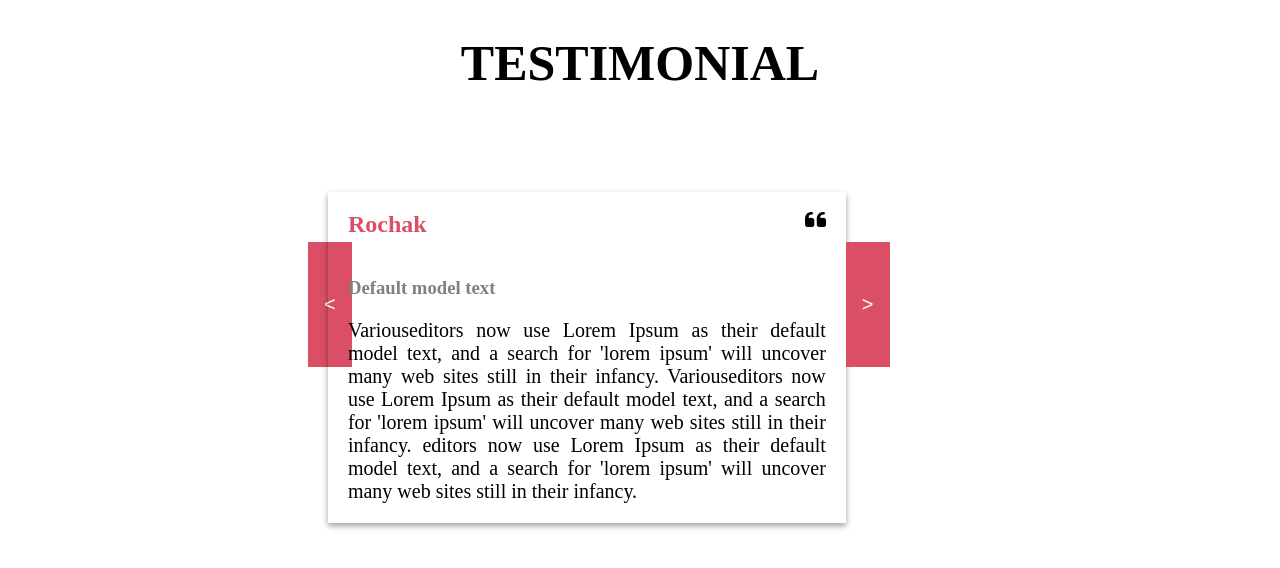
Repository: AVINKUMARP/gifts
Page: demo2.html
An editor plug-in stored every save of this project. The page is shown before and after the next save, followed by the edit.
The browser window is 1280 px wide. The pictures show the whole page.

Above is the page before, as saved 2023-08-24 15:58:59.

After the next save:
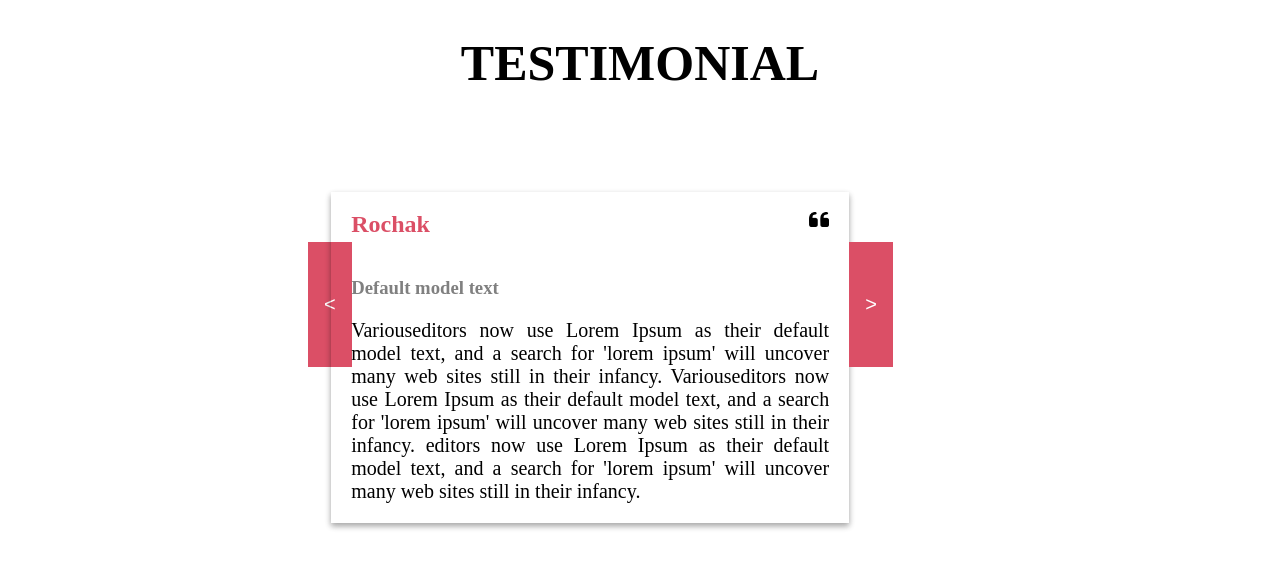
Saved 6 s later.
--- a/demo2.html
+++ b/demo2.html
@@ -14,7 +14,7 @@
         }
 
         .cbutl {
-            width: 3%;
+            width: 3.5%;
         }
 
         .cpara {
